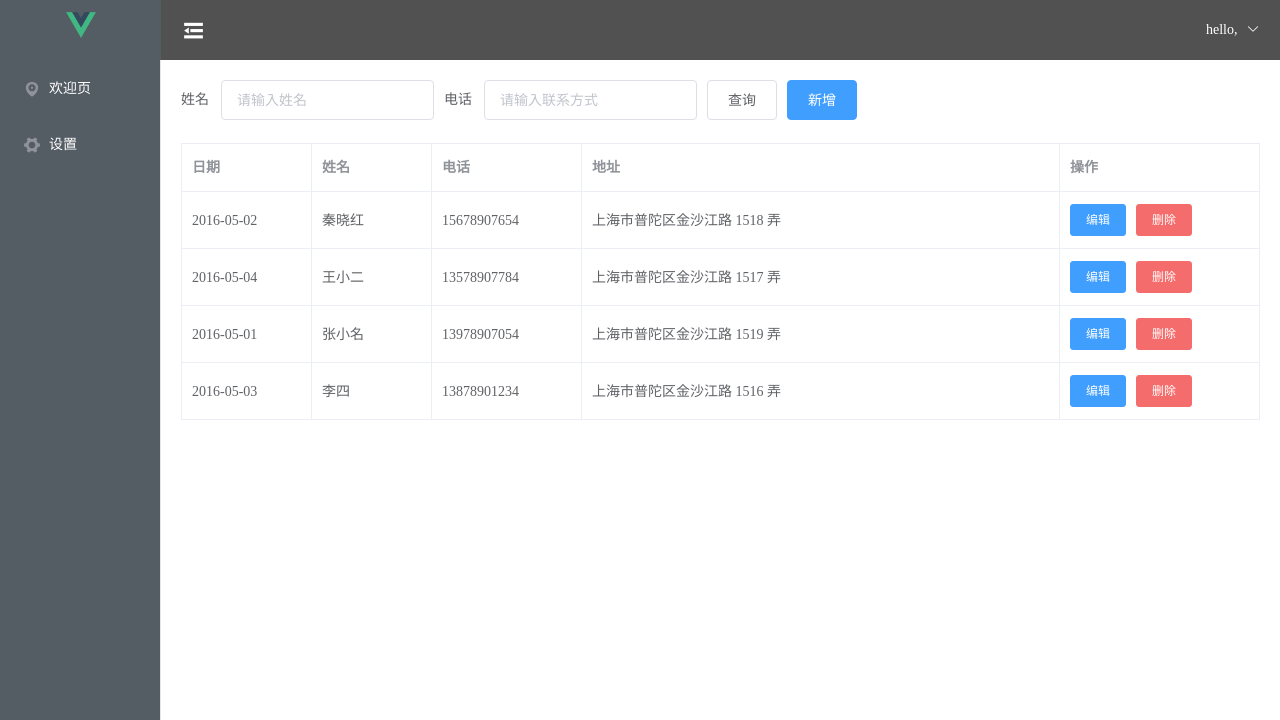
Repository: qianxuebing/admin
Page: /Layout/Table
The author's editor kept a copy of each file at every save. The page is drawn from the files as they stood at one save, then again after the next save.
The browser window is 1280 px wide. The pictures show the whole page.
The project was rebuilt for these pictures with package versions that can differ from the ones it lists, and the page was loaded fresh each time. Also part of the build but not shown: src/views/login/Login.vue. Imported but missing from the stored project, and not drawn on this page: src/views/home/Home.

Above is the page before, as saved 2019-12-13 14:42:59.

After the next save:
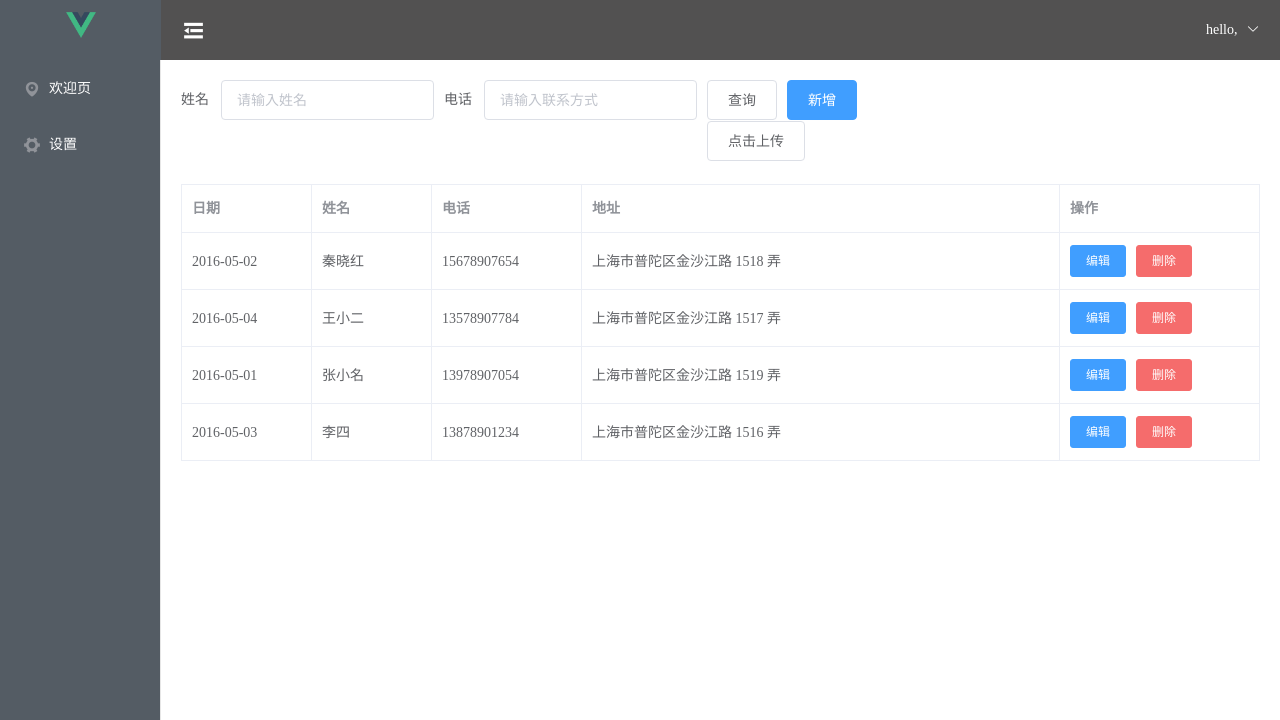
Saved 25 days later.
--- a/src/views/table/Table.vue
+++ b/src/views/table/Table.vue
@@ -10,6 +10,10 @@
       <el-form-item>
         <el-button @click="onSearch">查询</el-button>
         <el-button type="primary" @click="onAdd">新增</el-button>
+        <el-upload
+        >
+          <el-button>点击上传</el-button>
+        </el-upload>
       </el-form-item>
     </el-form>
     <el-table :data="tableData" style="width: 100%" border>
